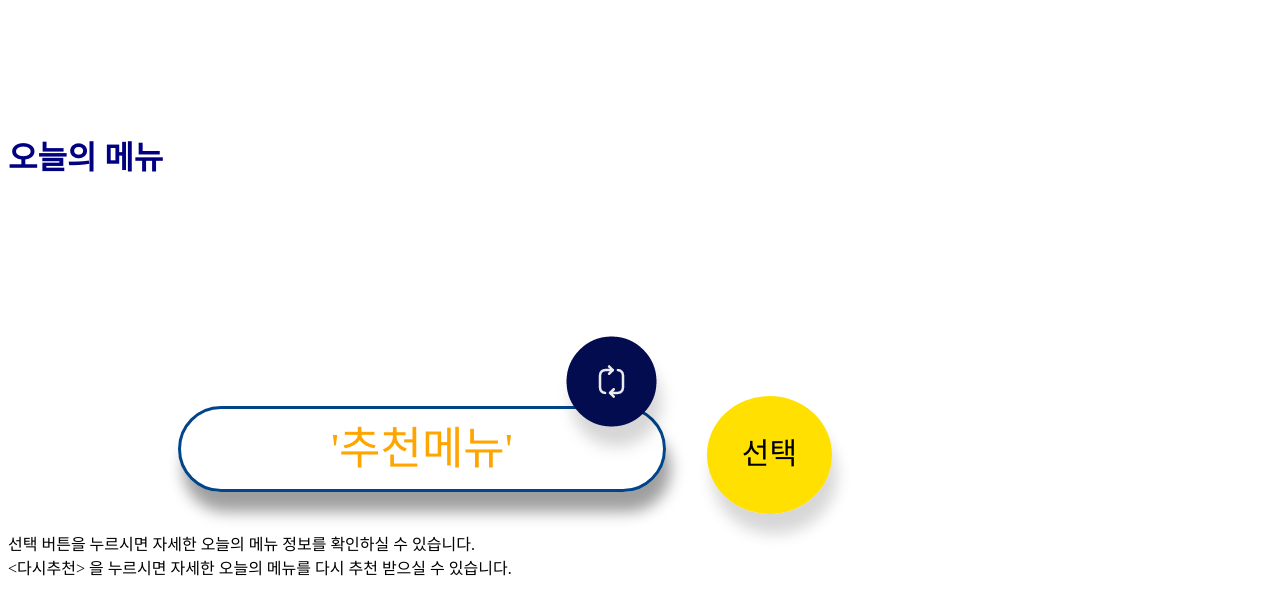
Repository: hkh00700/JustDoEat_Web
Page: http://localhost/justdoeat/WEB-INF/views/home.jsp
These files come from the project's save history. The page is drawn as it stood at one moment and after the next save; the edit follows.
The browser window is 1280 px wide. The pictures show the whole page.
The page is served by Tomcat 9. Nobody is signed in. Other server files are loaded and not shown. The template is opened directly, without the code that normally fills it, so the values that code supplies are empty.

Above is the page before, as saved 2021-05-19 03:37:51.

### justdoeat/src/main/webapp/WEB-INF/views/home.jsp
<%@ taglib uri="http://java.sun.com/jsp/jstl/core" prefix="c" %>
<%@ page language="java" contentType="text/html; charset=UTF-8"
    pageEncoding="UTF-8"%>
<html>
<head>
	<title>Home</title>

<style type="text/css">
.content {
height: 700px;
}

h1{
height: 300px;
line-height: 300px;
color: navy;
}
.content a:first-of-type{
width: 650px;
height: 120px;
margin: 40px 23px 42px 30px;
padding: 15px 150px 15px 150px;
border-radius: 60px;
box-shadow: 5px 20px 15px 0 rgba(0, 0, 0, 0.38);
border: solid 3px #00458a;
text-align: center;
font-size: 45px;
position: relative;
left: 140px;
color: orange;
}
.select{
 width: 100px;
  height: 100px;
  margin: 40px 157px 42px 23px;
  padding: 41px 35px 44px;
  box-shadow: 5px 20px 15px 0 rgba(0, 0, 0, 0.16);
  background-color: #ffe000;
  border-radius: 50%;
  font-size: 30px;
}
.content img{
position: relative;
top:5px;

}

</style>
</head>
<body>
	<div class="content">
		<h1>오늘의 메뉴</h1>
		<a>'추천메뉴'</a><img src='imgs/reset.png' alt="다시추천"/><a class='select'>선택</a>
		<br/><br/><br/><br/>
		선택 버튼을 누르시면 자세한 오늘의 메뉴 정보를 확인하실 수 있습니다.<br/>
		<다시추천> 을 누르시면 자세한 오늘의 메뉴를 다시 추천 받으실 수 있습니다.

	</div>
</body>
</html>

After the next save:
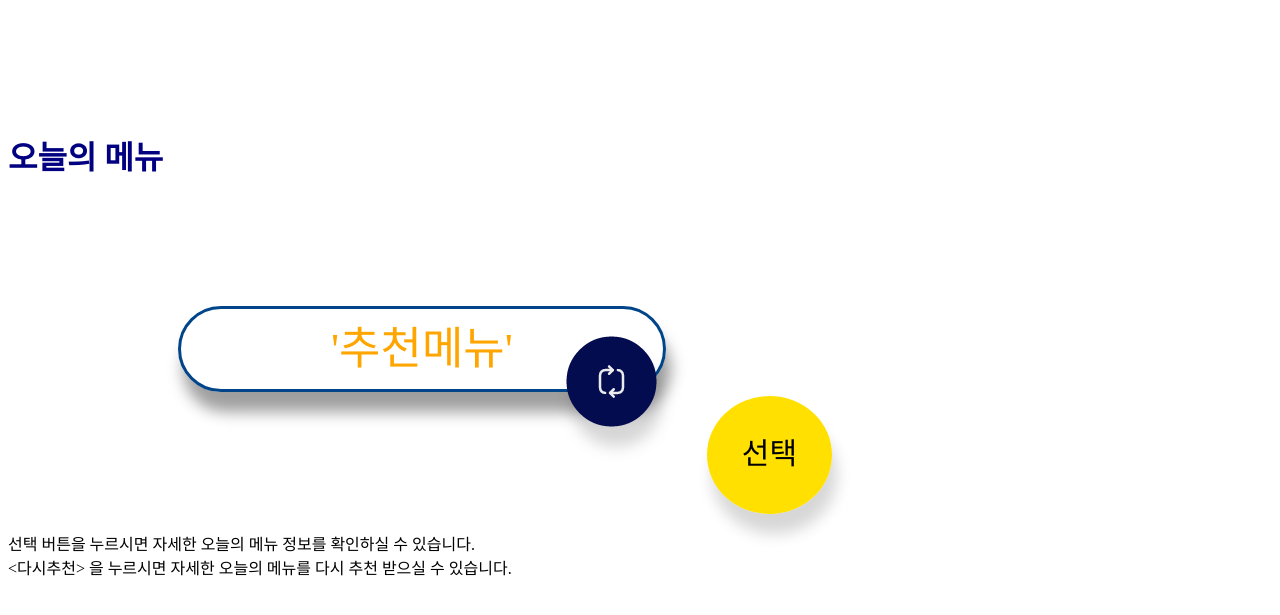
Saved 5 min 38 s later.
--- a/justdoeat/src/main/webapp/WEB-INF/views/home.jsp
+++ b/justdoeat/src/main/webapp/WEB-INF/views/home.jsp
@@ -16,6 +16,7 @@
 color: navy;
 }
 .content a:first-of-type{
+top:-100px;
 width: 650px;
 height: 120px;
 margin: 40px 23px 42px 30px;

After the save that followed:
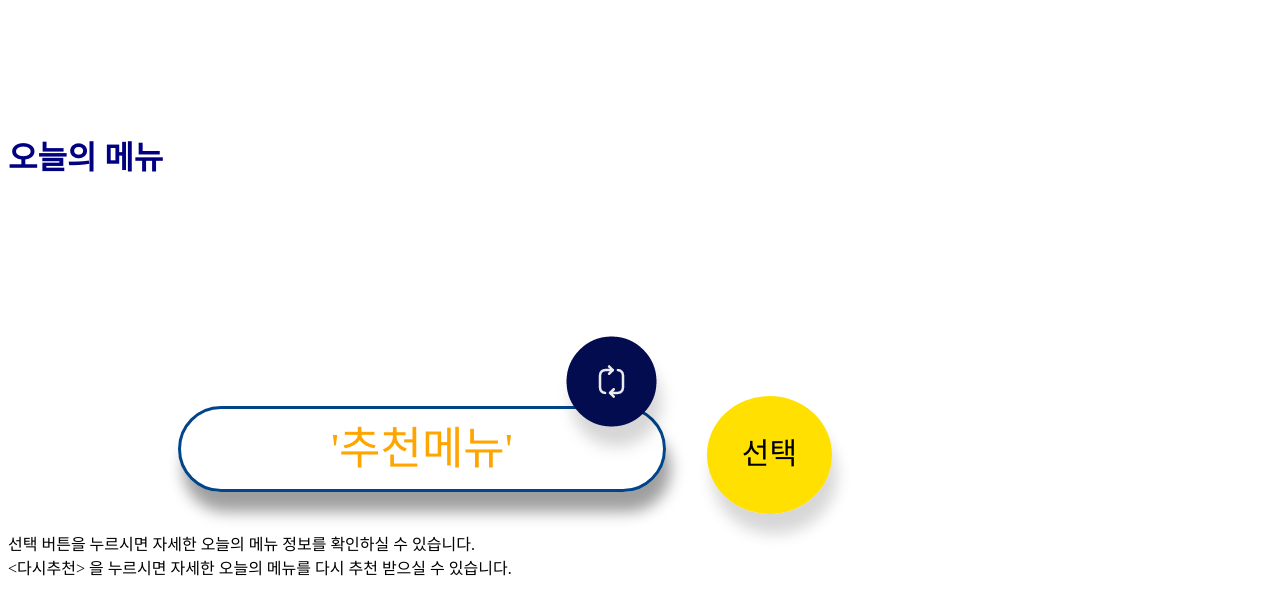
Saved 12 s later.
--- a/justdoeat/src/main/webapp/WEB-INF/views/home.jsp
+++ b/justdoeat/src/main/webapp/WEB-INF/views/home.jsp
@@ -16,7 +16,6 @@
 color: navy;
 }
 .content a:first-of-type{
-top:-100px;
 width: 650px;
 height: 120px;
 margin: 40px 23px 42px 30px;
